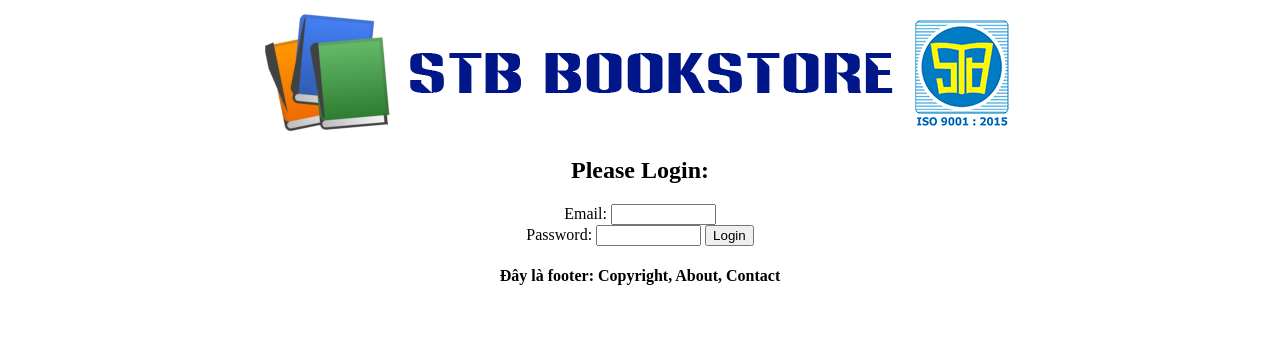
Repository: tranky1992/tranky1992.github.io
Page: http://localhost/BookStoreWebsite/frontend/login.jsp
These files come from the project's save history. The page is drawn as it stood at one moment and after the next save; the edit follows.
The browser window is 1280 px wide. The pictures show the whole page.
The page is served by Tomcat 9.

Above is the page before, as saved 2020-10-01 14:22:41.

After the next save:
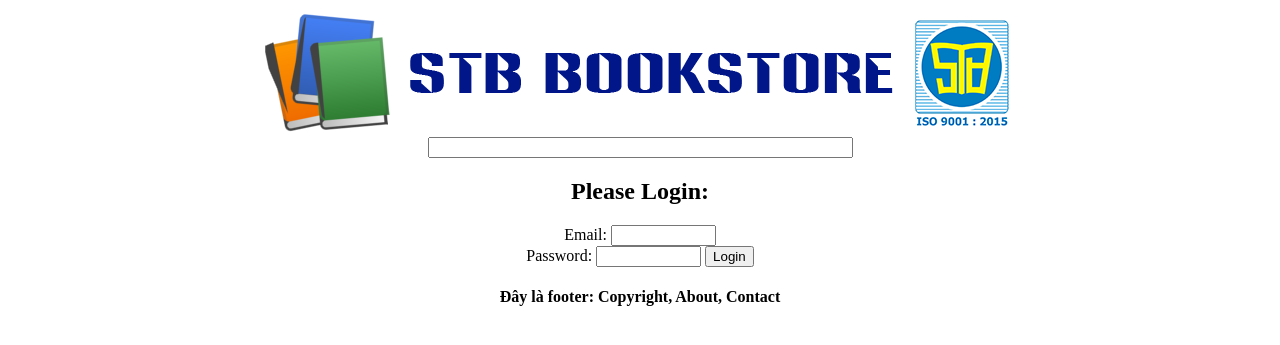
Saved 24 min 17 s later.
--- a/BookStoreWebsite/WebContent/frontend/header.jsp
+++ b/BookStoreWebsite/WebContent/frontend/header.jsp
@@ -3,4 +3,7 @@
 		<div>
 			<img src="images/BookstoreLogo.png">
 		</div>
+		<div>
+			<input type="text" name="keyword" size="50" />
+		</div>
 </div>
